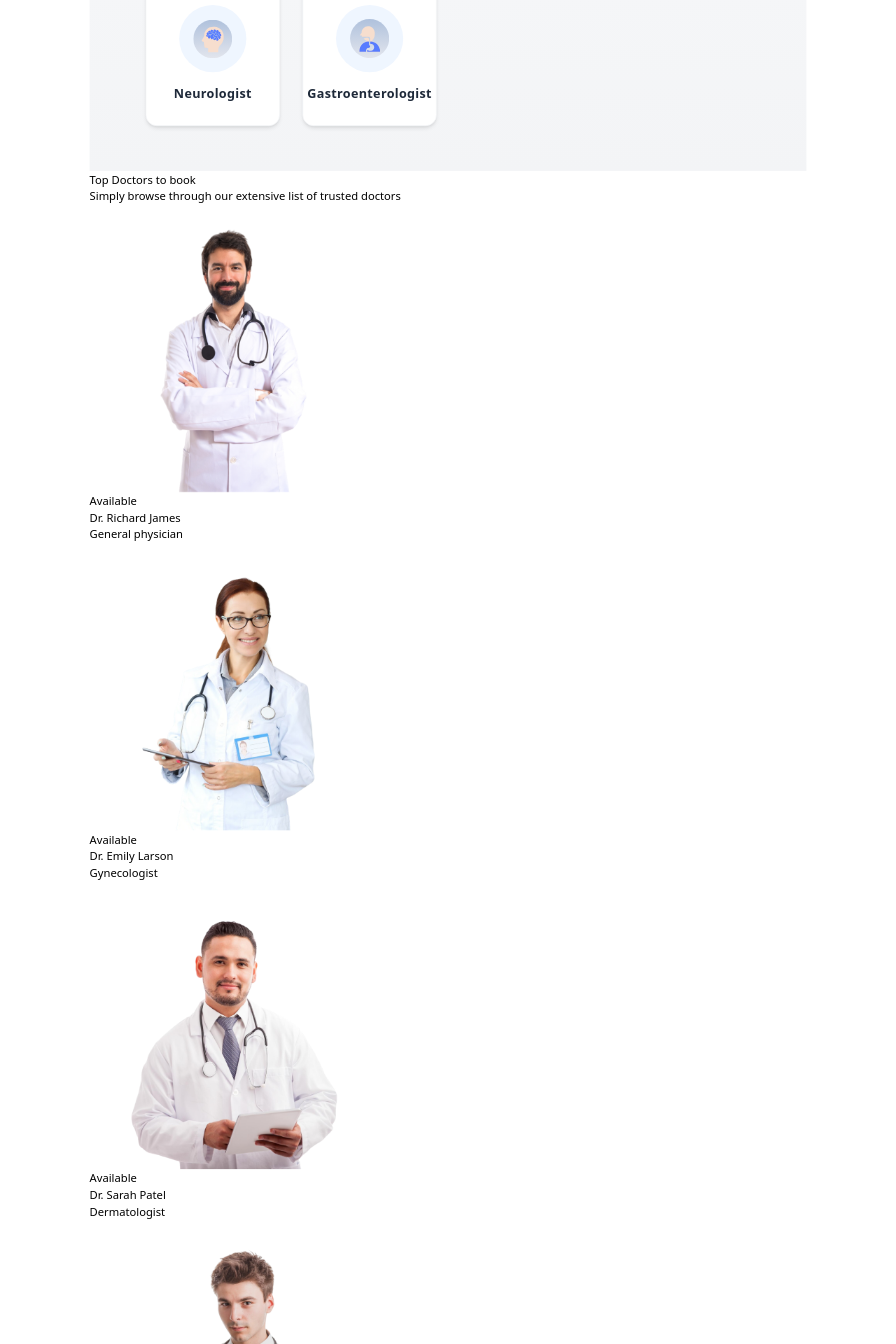
Repository: Pran2535/appointement_booking
Page: / (app in frontend/)
An editor plug-in stored every save of this project. The page is shown before and after the next save, followed by the edit.
The browser window is 1280 px wide. The pictures show the part of the page from y = 1213 to 3133 px (the page is 6366 px tall before and 2869 px after), at 70% of full size.
The project was rebuilt for these pictures with package versions that can differ from the ones it lists, and the page was loaded fresh each time. Also part of the build but not shown: frontend/vite.config.js, frontend/src/pages/About.jsx, frontend/src/pages/MyAppointments.jsx, frontend/src/pages/Doctors.jsx, frontend/src/pages/Login.jsx, frontend/src/pages/Contact.jsx, frontend/src/pages/MyProfile.jsx, frontend/src/pages/Appointment.jsx.

Above is the page before, as saved 2025-02-16 21:36:22.

### frontend/index.html
<!doctype html>
<html lang="en">
  <head>
    <meta charset="UTF-8" />
    <link rel="icon" type="image/svg+xml" href="/vite.svg" />
    <meta name="viewport" content="width=device-width, initial-scale=1.0" />
    <title>Mishra healthcare</title>
  </head>
  <body>
    <div id="root"></div>
    <script type="module" src="/src/main.jsx"></script>
  </body>
</html>

### frontend/src/main.jsx
import { StrictMode } from 'react'
import { createRoot } from 'react-dom/client'
import './index.css'
import App from './App.jsx'
import { BrowserRouter } from 'react-router-dom'

createRoot(document.getElementById('root')).render(
<BrowserRouter>
    <App />
  </BrowserRouter>,
)

### frontend/src/App.jsx
import React from 'react'
import { Route, Routes } from 'react-router-dom'
import Home from './pages/Home'
import About from './pages/About'
import MyAppointments from './pages/MyAppointments'
import Doctors from './pages/Doctors'
import Login from './pages/Login'
import Contact from './pages/Contact'
import MyProfile from './pages/MyProfile'
import Appointment from './pages/Appointment'
import Navbar from './components/Navbar'

const App = () => {
  return (
    <div className='mx-4 sm:mx-[10%]'>
      <Navbar/>{ /* mounted navbar component before routes so that it gets displayed over the all routes */}
      <Routes>
        <Route path='/' element={<Home />} />
        <Route path='/about' element={<About />} />
        <Route path='/my-appointments' element={<MyAppointments />} />
        <Route path='/doctors' element={<Doctors/>}/>
        <Route path='/doctors/:speciality' element={<Doctors/>}/>
        <Route path ='/login' element={<Login/>}/>
        <Route path='/contact' element={<Contact/>}/>
        <Route path ='/my-profile' element={<MyProfile/>}/>
        <Route path ='/appointments/:docId' element={<Appointment/>}/>
      </Routes>
    </div>
  )
}

export default App

### frontend/src/pages/Home.jsx
import React from 'react'
import Header from '../components/Header'
import SpecialityMenu from '../components/SpecialityMenu'
import TopDoctors from '../components/TopDoctors'

const Home = () => {
  return (
    <div>
      <Header/>
      <SpecialityMenu/>
      <TopDoctors/>
    </div>
  )
}

export default Home

### frontend/src/components/Navbar.jsx
import React, { useState } from 'react'
import { NavLink, useNavigate } from 'react-router-dom'
import { assets } from '../assets/assets'

const links = [
  { to: '/', label: 'Home' },
  { to: '/doctors', label: 'All Doctors' },
  { to: '/about', label: 'About' },
  { to: '/contact', label: 'Contact' }
]

const Navbar = () => {
  const navigate = useNavigate();
  const [showMenu, setShowMenu]=useState(false);
  const [token,setToken]=useState(true);


  return (
    <nav className="sticky top-0 bg-white shadow-sm z-50">
      <div className="max-w-7xl mx-auto px-4 sm:px-6 lg:px-8 py-4 flex items-center justify-between">
        {/* Logo */}
        <div className="flex-shrink-0">
          <img
            className="w-32 md:w-40 lg:w-44 h-auto cursor-pointer transition-transform hover:scale-105"
            src={assets.logo}
            alt="Company Logo"
          />
        </div>

        {/* Navigation Links */}
        <div className="hidden md:block">
          <ul className="flex items-center space-x-8">
            {links.map((l, i) => (
              <React.Fragment key={l.to}>
                <NavLink
                  to={l.to}
                  className={({ isActive }) =>
                    `font-medium transition-colors duration-200 hover:text-blue-600 ${
                      isActive ? 'text-blue-600' : 'text-gray-700'
                    }`
                  }
                >
                  {l.label}
                </NavLink>
                {i < links.length - 1 && (
                  <div className="h-5 w-px bg-gray-300" aria-hidden="true" />
                )}
              </React.Fragment>
            ))}
          </ul>
        </div>

        {/* CTA Button */}
        <div className="flex items-center gap-4">
            {
                token?
                <div className='flex items-center gap-2 cursor-pointer group relative' >
                    <img className='w-8 rounded-full' src={assets.profile_pic} alt="" />
                    <img className='w-2.5 ' src={assets.dropdown_icon} alt="" />
                    <div className='absolute top-0 right-0 pt-14 text-base font-medium text-gray-600 z-20 hidden group-hover:block'>
                        <div className='min-w-48 bg-stone-100 rounded flex flex-col gap-4 p-4'>
                            <p onClick={()=>navigate('/my-appointments')} className='hover:text-black cursor-pointer'>My Appointments</p>
                            <p onClick={()=>navigate('/my-profile')} className='hover:text-black cursor-pointer'>My Profile</p>
                            <p onClick={()=>setToken(false)} className='hover:text-black cursor-pointer'>Logout</p>
                        </div>
                    </div>
                </div>

                :
                 <button
            onClick={() => navigate('/login')}
            className="hidden cursor-pointer md:block bg-blue-600 hover:bg-blue-700 text-white px-6 py-3 rounded-full font-semibold transition-colors duration-200 focus:outline-none focus:ring-2 focus:ring-blue-500 focus:ring-offset-2 shadow-md"
          >
            Create Account
          </button>
            }

        </div>
      </div>
    </nav>
  )
}

export default Navbar

### frontend/src/components/Header.jsx
import React from 'react';
import { assets } from '../assets/assets';

const Header = () => {
  const handleScroll = (e) => {
    e.preventDefault();
    const element = document.querySelector('#speciality');
    if (element) {
      element.scrollIntoView({
        behavior: 'smooth',
        block: 'start'
      });
    }
  };

  return (
    <div className="mt-4 flex flex-col md:flex-row justify-between items-center bg-blue-400 px-6 md:px-10 lg:px-20 py-12 text-white">
      {/* Left side */}
      <div className="w-full md:w-1/2 space-y-10 mb-8 md:mb-0">
        <div className="space-y-2">
          <h1 className="text-4xl lg:text-5xl font-bold leading-tight tracking-tight">
            Book Appointment
          </h1>
          <h2 className="text-3xl lg:text-4xl font-semibold text-blue-100 leading-relaxed">
            With Trusted Doctors
          </h2>
        </div>

        <div className="space-y-6">
          <div className="flex items-center space-x-4">
            <img
              src={assets.group_profiles}
              alt="Doctor Profiles"
              className="w-32 h-auto object-contain drop-shadow-lg"
            />
          </div>

          <div className="space-y-3">
            <p className="text-lg md:text-xl text-blue-50 leading-relaxed font-light tracking-wide">
              Simply browse through our extensive list of trusted doctors,
            </p>
            <p className="text-lg md:text-xl text-blue-50 leading-relaxed font-light tracking-wide">
              schedule your appointment hassle-free.
            </p>
          </div>
        </div>

        <a
          href="#speciality"
          onClick={handleScroll}
          className="inline-flex items-center space-x-4 bg-gradient-to-r from-blue-500 to-purple-500 hover:from-blue-600 hover:to-purple-600 text-white font-bold uppercase px-8 py-4 rounded-full shadow-lg transition-all duration-300 hover:scale-105 tracking-wider text-sm"
        >
          <span>Book Appointment</span>
          <img
            src={assets.arrow_icon}
            alt="Arrow"
            className="w-5 h-5 transform group-hover:translate-x-1 transition-transform"
          />
        </a>
      </div>

      {/* Right side */}
      <div className="w-full md:w-1/2 flex justify-center md:justify-end mt-8 md:mt-0">
        <img
          src={assets.header_img}
          alt="Header illustration"
          className="w-full max-w-lg h-auto object-contain drop-shadow-xl"
        />
      </div>
    </div>
  );
};

export default Header;

### frontend/src/components/SpecialityMenu.jsx
import React from 'react';
import { specialityData } from '../assets/assets';
import { Link } from 'react-router-dom';

const SpecialityMenu = () => {
  return (
    <section
      id="speciality"
      className="px-6 md:px-12 lg:px-20 py-16 bg-gradient-to-b from-gray-50 to-gray-100"
    >
      <div className="max-w-6xl mx-auto">
        {/* Header Section */}
        <header className="text-center space-y-4 mb-12">
          <h1 className="text-3xl md:text-4xl font-bold text-gray-800 tracking-tight">
            Find by Speciality
          </h1>
          <p className="text-lg md:text-xl text-gray-600 max-w-2xl mx-auto leading-relaxed font-light">
            Simply browse through our extensive list of trusted doctors and schedule your appointment hassle-free.
          </p>
        </header>

        {/* Speciality Grid */}
        <div className="grid grid-cols-2 sm:grid-cols-3 md:grid-cols-4 gap-6 md:gap-8">
          {specialityData.map((item, index) => (
            <Link
            onClick={()=>scrollTo(0,0)}
              key={index}
              to={`/doctors/${item.speciality}`}
              className="group flex flex-col items-center bg-white p-6 md:p-8 rounded-2xl shadow-md hover:shadow-xl transition-all duration-300 hover:scale-105 border border-gray-100"
            >
              <div className="w-20 h-20 md:w-24 md:h-24 rounded-full bg-blue-50 flex items-center justify-center mb-4 group-hover:bg-blue-100 transition-colors duration-300">
                <img
                  src={item.image}
                  alt={item.speciality}
                  className="w-12 h-12 md:w-14 md:h-14 object-contain"
                />
              </div>
              <p className="text-lg font-semibold text-gray-800 text-center tracking-wide group-hover:text-blue-600 transition-colors duration-300">
                {item.speciality}
              </p>
            </Link>
          ))}
        </div>
      </div>
    </section>
  );
};

export default SpecialityMenu;

### frontend/src/components/TopDoctors.jsx
import React from 'react'
import { doctors } from '../assets/assets'

const TopDoctors = () => {
  return (
    <div>
      <h1>Top Doctors to book</h1>
      <p>Simply browse through our extensive list of trusted doctors</p>
      <div className="">
        {doctors.slice(0,10).map((item, index)=>(
         <div className="">
            <img src={item.image} alt="" />
            <div className="">
                <p></p> <p>Available</p>
            </div>
            <p>{item.name}</p>
            <p>{item.speciality}</p>
         </div>
        ))}
      </div>
      <button>More</button>
    </div>
  )
}

export default TopDoctors

Loaded but not shown: frontend/src/index.css (common file); frontend/src/assets/assets.js (299 lines, source omitted)

After the next save:
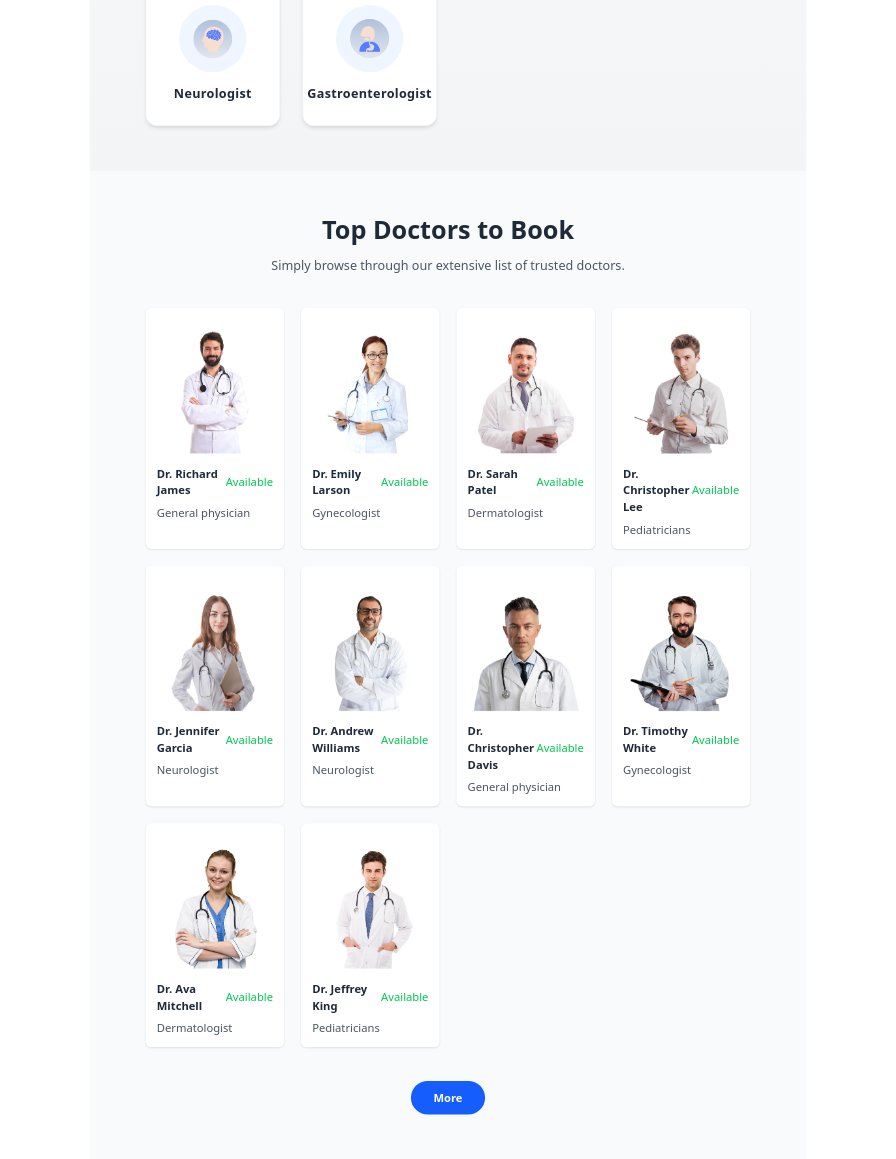
Saved 3 min 32 s later.
--- a/frontend/src/components/TopDoctors.jsx
+++ b/frontend/src/components/TopDoctors.jsx
@@ -1,26 +1,50 @@
-import React from 'react'
-import { doctors } from '../assets/assets'
+import React from 'react';
+import { doctors } from '../assets/assets';
 
 const TopDoctors = () => {
   return (
-    <div>
-      <h1>Top Doctors to book</h1>
-      <p>Simply browse through our extensive list of trusted doctors</p>
-      <div className="">
-        {doctors.slice(0,10).map((item, index)=>(
-         <div className="">
-            <img src={item.image} alt="" />
-            <div className="">
-                <p></p> <p>Available</p>
+    <section className="py-16 bg-gray-50">
+      <div className="max-w-6xl mx-auto px-6 md:px-12 lg:px-20">
+        {/* Header Section */}
+        <header className="text-center mb-12">
+          <h1 className="text-3xl md:text-4xl font-bold text-gray-800">
+            Top Doctors to Book
+          </h1>
+          <p className="text-lg text-gray-600 mt-4">
+            Simply browse through our extensive list of trusted doctors.
+          </p>
+        </header>
+
+        {/* Doctors Grid */}
+        <div className="grid grid-cols-1 sm:grid-cols-2 md:grid-cols-3 lg:grid-cols-4 gap-6">
+          {doctors.slice(0, 10).map((doctor, index) => (
+            <div
+              key={index}
+              className="bg-white p-4 rounded-lg shadow hover:shadow-lg transition-shadow duration-300"
+            >
+              <img
+                src={doctor.image}
+                alt={doctor.name}
+                className="w-full h-48 object-cover rounded-lg mb-4"
+              />
+              <div className="flex justify-between items-center mb-2">
+                <p className="text-gray-800 font-semibold">{doctor.name}</p>
+                <span className="text-green-500 font-medium">Available</span>
+              </div>
+              <p className="text-gray-600">{doctor.speciality}</p>
             </div>
-            <p>{item.name}</p>
-            <p>{item.speciality}</p>
-         </div>
-        ))}
+          ))}
+        </div>
+
+        {/* More Button */}
+        <div className="flex justify-center mt-12">
+          <button className="bg-blue-600 hover:bg-blue-700 text-white font-bold py-3 px-8 rounded-full transition-colors duration-300">
+            More
+          </button>
+        </div>
       </div>
-      <button>More</button>
-    </div>
-  )
-}
+    </section>
+  );
+};
 
-export default TopDoctors
+export default TopDoctors;
